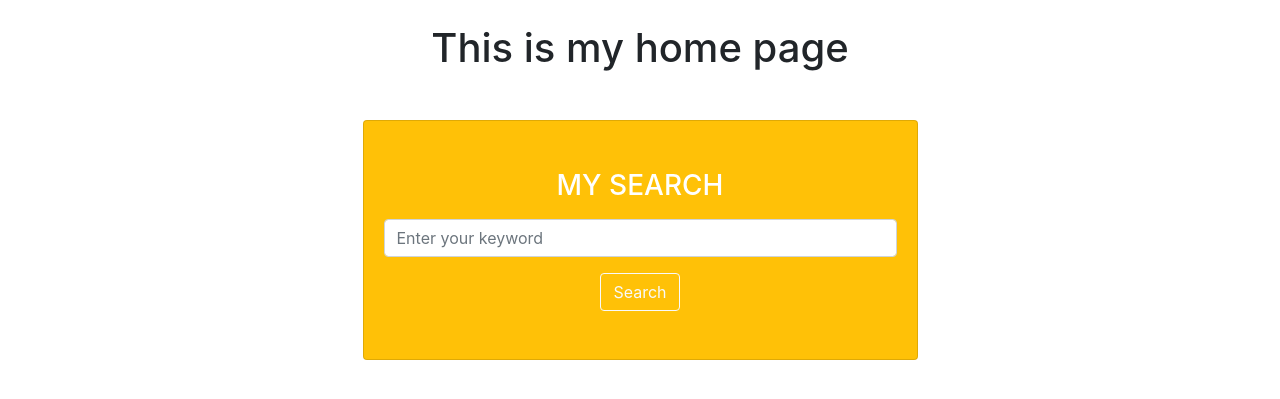
Repository: GovindParve/spring_mvc_maven_demo_one_project
Page: http://localhost/springmvcexample/home
The author's editor kept a copy of each file at every save. The page is drawn from the files as they stood at one save, then again after the next save.
The browser window is 1280 px wide. The pictures show the whole page.
Some web libraries are served in a nearby version. The page is served by Tomcat 9. Other server files are loaded and not shown.

Above is the page before, as saved 2023-06-18 19:22:43.

### springmvcexample/src/main/webapp/WEB-INF/spring-servlet.xml
<?xml version="1.0" encoding="UTF-8"?>

<!-- Configuration file -->

<beans xmlns="http://www.springframework.org/schema/beans"
	xmlns:xsi="http://www.w3.org/2001/XMLSchema-instance"
	xmlns:context="http://www.springframework.org/schema/context"
	xmlns:p="http://www.springframework.org/schema/p"
	xmlns:tx="http://www.springframework.org/schema/tx"
	xmlns:mvc="http://www.springframework.org/schema/mvc"
    xsi:schemaLocation="
        http://www.springframework.org/schema/beans
        http://www.springframework.org/schema/beans/spring-beans.xsd
        http://www.springframework.org/schema/context
        http://www.springframework.org/schema/context/spring-context.xsd
        http://www.springframework.org/schema/tx
        http://www.springframework.org/schema/tx/spring-tx.xsd
        http://www.springframework.org/schema/mvc
        http://www.springframework.org/schema/mvc/spring-mvc.xsd
        ">


	<context:component-scan base-package="springmvcexample" />

	<!-- <mvc:annotation-driven />
	<mvc:resources location="/WEB-INF/resources/" mapping="/resources/**" /> -->


	<bean
		 class="org.springframework.web.servlet.view.InternalResourceViewResolver"
		 name="viewResolver">
		<property name="prefix" value="/WEB-INF/views/" />
		<property name="suffix" value=".jsp" />
	</bean>

	<!-- Configuring  Multipart Resolver -->
	<!-- <bean
		 class="org.springframework.web.multipart.commons.CommonsMultipartResolver"
		 name="multipartResolver">
		 <property name="maxUploadSize" value="2097152"></property>
	</bean> -->



</beans>

### springmvcexample/src/main/webapp/WEB-INF/views/home.jsp
<%@ taglib prefix="c" uri="http://java.sun.com/jsp/jstl/core" %>
<!doctype html>
<html lang="en">
  <head>
    <!-- Required meta tags -->
    <meta charset="utf-8">
    <meta name="viewport" content="width=device-width, initial-scale=1, shrink-to-fit=no">

    <!-- Bootstrap CSS -->
    <link rel="stylesheet"
    	 href="https://cdn.jsdelivr.net/npm/bootstrap@4.0.0/dist/css/bootstrap.min.css"
    	 integrity="sha384-Gn5384xqQ1aoWXA+058RXPxPg6fy4IWvTNh0E263XmFcJlSAwiGgFAW/dAiS6JXm"
    	 crossorigin="anonymous">


    <title>Hello, world!</title>
  </head>
  <body>
    <div class="container">
    	<h1 class="text-center m-4">This is my home page</h1>
    	<div class="card mx-auto mt-5 bg-warning" style="width: 50%">
    		<div class="card-body py-5">

    			<h3 class="text-center text-white" style="text-transform: uppercase">My Search</h3>

    			<form action="search" class="mt-3">
    				<div class="form-group">
    					<input type="text" name="querybox" placeholder="Enter your keyword" class="form-control" >
    				</div>
    				<div class="container text-center">
    					<button class="btn btn-outline-light">Search</button>
    				</div>
    			</form>
    		</div>
    	</div>
    </div>

    <!-- Optional JavaScript -->
    <!-- jQuery first, then Popper.js, then Bootstrap JS -->
    <script src="https://code.jquery.com/jquery-3.2.1.slim.min.js" integrity="sha384-KJ3o2DKtIkvYIK3UENzmM7KCkRr/rE9/Qpg6aAZGJwFDMVNA/GpGFF93hXpG5KkN" crossorigin="anonymous"></script>
    <script src="https://cdn.jsdelivr.net/npm/popper.js@1.12.9/dist/umd/popper.min.js" integrity="sha384-ApNbgh9B+Y1QKtv3Rn7W3mgPxhU9K/ScQsAP7hUibX39j7fakFPskvXusvfa0b4Q" crossorigin="anonymous"></script>
    <script src="https://cdn.jsdelivr.net/npm/bootstrap@4.0.0/dist/js/bootstrap.min.js" integrity="sha384-JZR6Spejh4U02d8jOt6vLEHfe/JQGiRRSQQxSfFWpi1MquVdAyjUar5+76PVCmYl" crossorigin="anonymous"></script>
  </body>
</html>

### springmvcexample/src/main/java/springmvcexample/HomeController.java
package springmvcexample;

import org.springframework.stereotype.Controller;
import org.springframework.ui.Model;
import org.springframework.web.bind.annotation.RequestMapping;
import org.springframework.web.bind.annotation.RequestParam;

@Controller
public class HomeController {

	//handling for request

	@RequestMapping("/home")
	public String home() {
		return "home";
	}

	@RequestMapping("/welcome")
	public String welcome(@RequestParam("user") String name, Model model) {
		System.out.println(name);
		model.addAttribute("name", name);
		return "welcome";
	}

}

After the next save:
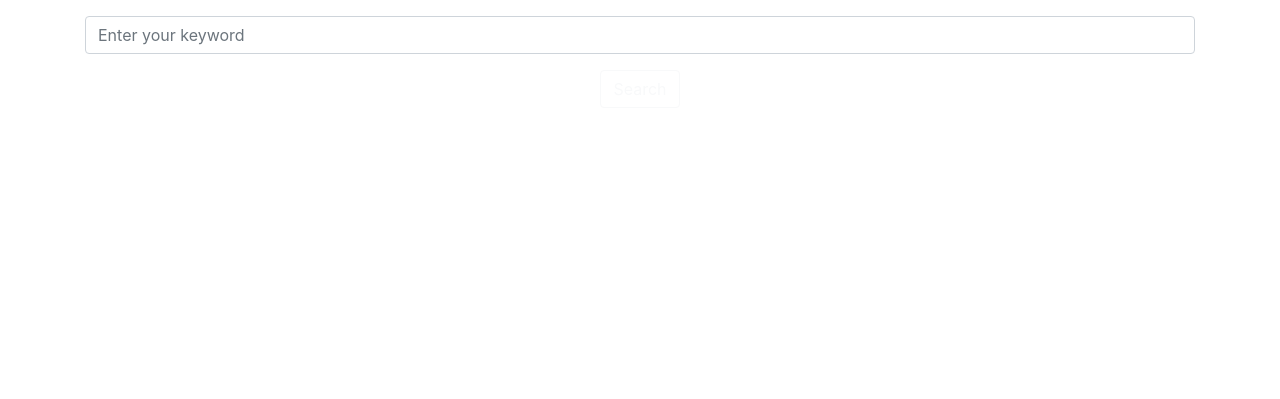
Saved 6 s later.
--- a/springmvcexample/src/main/webapp/WEB-INF/views/home.jsp
+++ b/springmvcexample/src/main/webapp/WEB-INF/views/home.jsp
@@ -17,11 +17,6 @@
   </head>
   <body>
     <div class="container">
-    	<h1 class="text-center m-4">This is my home page</h1>
-    	<div class="card mx-auto mt-5 bg-warning" style="width: 50%">
-    		<div class="card-body py-5">
-
-    			<h3 class="text-center text-white" style="text-transform: uppercase">My Search</h3>
 
     			<form action="search" class="mt-3">
     				<div class="form-group">
